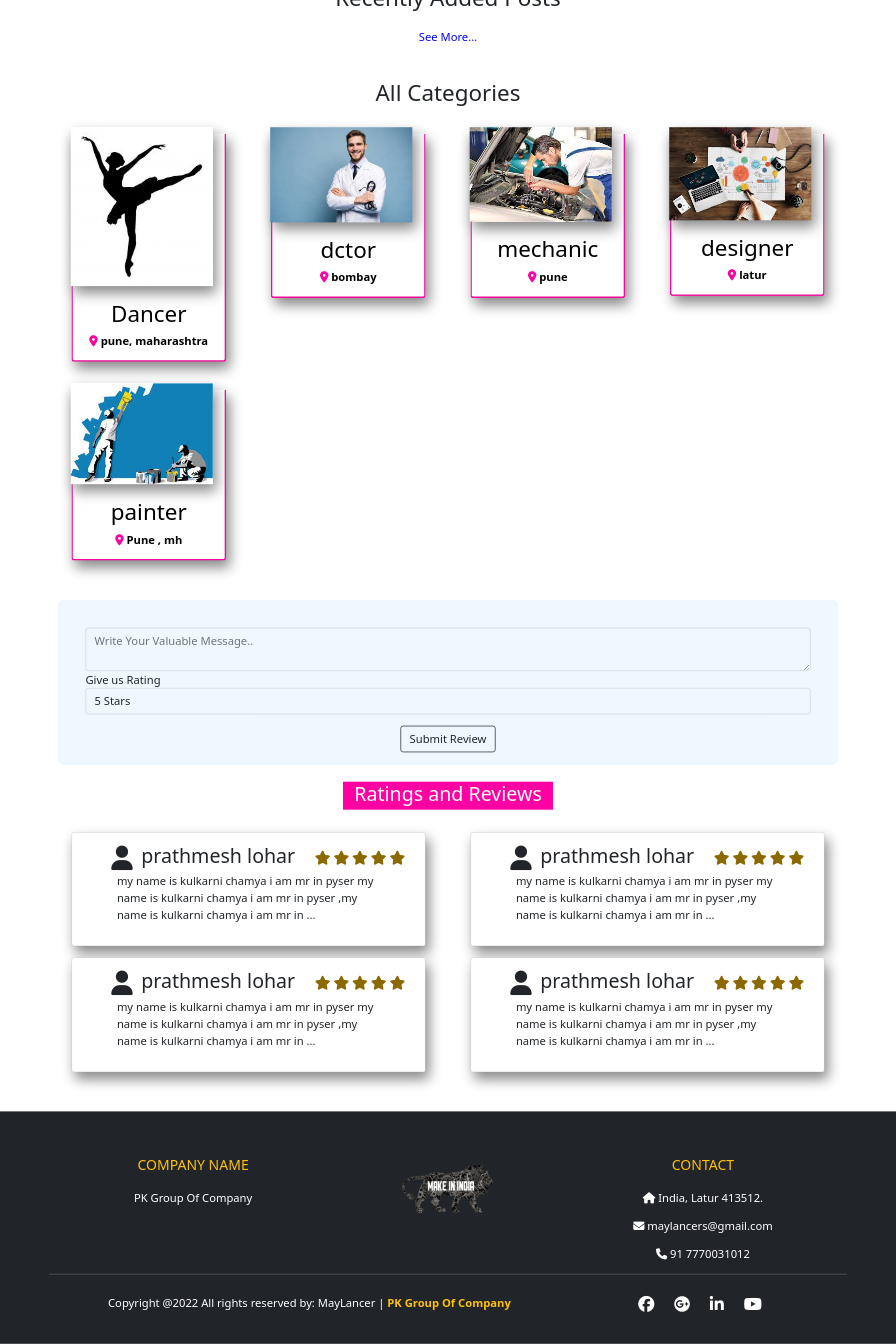
Repository: prathmesh2023/maylancers
Page: http://localhost/
The author's editor kept a copy of each file at every save. The page is drawn from the files as they stood at one save, then again after the next save.
The browser window is 1280 px wide. The pictures show the part of the page from y = 884 to 2804 px (the page is 2804 px tall before and 2624 px after), at 70% of full size.
Some web fonts or font styles are not loaded; a fallback is used. Some web libraries are served in a nearby version. The page is served by the project's application, run on Django 3.2 (manage.py). Other server files are loaded and not shown. The page reads the database file committed with the project. Queries for data that is not in the repository find no rows.

Above is the page before, as saved 2022-02-16 15:20:51.

### templates/home.html
 {% extends "base.html" %} {% block title %} MayLancers {% endblock title %} {% load static %} {% block main %}
<div class="bgc" style=" background-image: url(' {% static 'img/2.gif' %} ');">

    <div class="searchbox container py-5">

        <h2 class="py-4 text-white text-center h1 jone">Find Work Or Workers For Every Field:</h2>

        <form action="/search" method="post" class="form">
            {% csrf_token %}
            <div class="input-group">

                <input required name="text" type="text" class="form-control" aria-label="Text input with dropdown button" placeholder="">
                <div class="input-group-append">
                    <button class="btn primary-bg bt text-white " type="submit"><span class="fa fa-search"> </span> Search</button>

                </div>
            </div>
        </form>


        <div class="container text-center text-white my-4 rounded-0 pj">
            {% comment %} <a href="post_job"><button class="btn primary-bg btn-lg"><span class="fa fa-edit" style=> </span> Post Job</button></a> {% endcomment %}



        </div>


    </div>


</div>
</div>



<!-- cards -->
<!-- <div class="container card_main ">
    <div class="row ">
        <div class="col-md-3 justify-content-center">

            <div class="card  m-0 p-0" style="border: solid 2px #f5069d ; border-top-right-radius: 0px; border-top-left-radius: 0px; border-top: none ;">
                <div class="card-body ">
                    <img src="{% static 'img/card/Painter.jpg' %} " class="img border-0 p-0">
                    <h2 style="margin-top:20px;">
                        Painter
                    </h2>
                    <p class="card-text"><b>Find Painters nearby you</b></p>
                    <a href="#" class="btn sub">  Find </a>
                </div>
            </div>

        </div>


        <div class="col-md-3">

            <div class="card  m-0 p-0" style="border: solid 2px #f5069d ; border-top-right-radius: 0px; border-top-left-radius: 0px; border-top: none ;">
                <div class="card-body ">
                    <img src="{% static 'img/card/mechanic.jpg' %} " class="img border-0 p-0">
                    <h2 style="margin-top:20px;">
                        Mechanic
                    </h2>
                    <p class="card-text"><b>Find Mechanics nearby you</b></p>
                    <a href="#" class="btn sub"> Find </a>
                </div>
            </div>

        </div>



        <div class="col-md-3">

            <div class="card  m-0 p-0" style="border: solid 2px #f5069d ; border-top-right-radius: 0px; border-top-left-radius: 0px; border-top: none ;">
                <div class="card-body ">
                    <img src="{% static 'img/card/designer1.jpg' %} " class="img border-0 p-0">
                    <h2 style="margin-top:20px;">
                        Designer
                    </h2>
                    <p class="card-text"><b>Find Designer nearby you</b></p>
                    <a href="#" class="btn sub"> Find </a>
                </div>
            </div>

        </div>


        <div class="col-md-3">

            <div class="card  m-0 p-0" style="border: solid 2px #f5069d ; border-top-right-radius: 0px; border-top-left-radius: 0px; border-top: none ;">
                <div class="card-body ">
                    <img src="{% static 'img/card/doctor.jpg' %}" class="img border-0 p-0">
                    <h2 style="margin-top:20px;">
                        Doctor
                    </h2>
                    <p class="card-text"><b>Find Doctors nearby you</b></p>
                    <a href="#" class="btn sub"> Find </a>
                </div>
            </div>

        </div>
    </div>
</div> -->

<div class="container-fluid card-main "style=" background: white;">
 <div class="row">


    <div class="col-md-3 text-center  boxed text-white" style="background-color: #ff3001c7; ">
       <a href="/jobs"> <h4 class="h4 my-2"> Hire Freelancer <span class="mx-3 fa fa-arrow-right fa-sm"> </span></h4></a>

    </div>

    <div class="col-md-3 text-center  boxed " style="background-color: white;">
        <a href="/profile"> <h4 class="h4 my-2" style="color: blue;"> Work as Freelancer <span class="mx-3 fa fa-arrow-right fa-sm"> </span></h4></a>

    </div>

    <div class="col-md-3 text-center  boxed text-white" style="background-color: green; ">
        <a href="/post_job"> <h4 class="h4 my-2"> Post a Job <span class="mx-3 fa fa-arrow-right fa-sm"> </span></h4>
</a>
    </div>

    <div class="col-md-3 text-center  boxed text-white" style="background-color: #41464b; ">
        <a href="categories"><h4 class="h4 my-2"> All Categories <span class="mx-3 fa fa-arrow-right fa-sm"> </span></h4>
</a>
    </div>

 </div>

</div>

<style >
    .boxed{
        height: 55px;
        font-family: 'Jockey One';
        padding: 3px;
    }
    a{
        text-decoration: none;
        color: white;
    }
</style>

<!--
<div class="container card_main ">

    <div class="row">
        {% for h in cat %} {% if forloop.counter0|divisibleby:4 %}
    </div><br>
    <div class="row">
        {% endif %}
        <div class="col-md-3 text-center my-2">
            <a href="/category/{{h.title}}" style="text-decoration: none; color:black">
                <div class="card  " style="border: solid 2px #f5069d ; border-top-right-radius: 0px; border-top-left-radius: 0px; border-top: none ;">
                    <div class="card-body ">
                        <img src="{{h.thumbnail.url}} " class="img border-0 p-0">
                        <h2 style="margin-top:20px;">
                            {{h.title}}
                        </h2>
                        <p class="card-text"><b><span class="fa fa-map-marker" style="color:#f5069d"> </span>  {{h.location}}</b></p>

                    </div>
                </div>
            </a>
        </div>
        {% endfor %}
    </div>
</div> -->

<br>

<div class="container text-center">
    <h2 style=" font-family:Concert One';"> How does freelancing work?</h2>
</div>

<div class="container text-center" style="box-shadow: 5px 5px 8px 5px #888888; padding: 25px; font-size: smaller;">
    <p class="list-inline">
        Freelancers accept payment in return for providing some sort of service. That agreement is generally part-time or short term.
        <br>

       For example, if I hired a photographer to take new headshots for me, I could pay a freelancer for that session and that would be the end of it.
       <br>
     Sometimes people pay freelancers to work a set number of hours per week or per month. That arrangement is often referred to as a “retainer.”
     <br>

    A retainer refers to when you retain the services or right to someone’s time. A lot of legal professionals work on retainer. Every month, they bill
    <br>
        a set amount of time to the client, regardless of whether that full time is used or not.
        A retainer refers to when you retain the services or right to someone’s time. A lot of legal professionals work on retainer. Every month, they bill a set amount of time to the client, regardless of

</p>
</div>

<div class="container text-center my-4">
    <h2 style=" font-family:Concert One';"> Recently Added Posts</h2>
</div>


<div class="container rpost">

    <div class="container">
        <div class="col-4">

        </div>
        <div class="col-4">

        </div>

    </div>


    <div class="container my-4  ">

        {% for i in post %}
        <div class="row my-3" style="box-shadow: 5px 5px 8px 5px #888888; padding: 25px;">
            <div class="col imgcol">
                <img src="{{i.thumb.url}}" class="rounded float-left " alt="...">

            </div>
            <div class="col-6">
                <h2>{{i.title}}</h2>
                <p>{{i.desc}}</p>

                <p><span class="fa fa-user"> </span> {{i.user}}</p>
                <button class="btn btn-secondary btn-sm">{{i.cat}}</button>
            </div>
            <div class="col">
                <b><p><span class="fa fa-map-marker"> </span> {{i.loc}}</p></b>

                <b>Amount:</b>
                <br>

                <b>From : Rs. {{i.afrom}} /-</b>
                <br>
                <b>To : Rs. {{i.ato}} /-</b> {% if i.done is True %}

               <button class="btn btn-danger rounded-0 w-100 my-3"> Closed</button>
                {% else %}
                <a href="apply/{{i.title}}/{{i.id}}"> <button class="btn primary-bg text-white rounded-0 w-100 my-3"> Apply</button></a>
                {% endif %}


            </div>
        </div>
        {% endfor %}

    </div>

</div>


<div class="container  mpost ">

{% for i in post %}
<div class="row my-3" style="box-shadow: 5px 5px 8px 5px #888888; padding: 25px;">

    <div class="card-body">

         <img src="{{i.thumb.url}}" class="rounded " alt="thumbnail" style="width: 100%; height: 170px;">
         <h2>{{i.title}}</h2>
         <p>{{i.desc}}</p>
        <div class="row">
            <div class="col">
                         <p><span class="fa fa-user"> </span> {{i.user}}</p>

         <p><span class="fa fa-map-marker"> </span> {{i.loc}}</p>
          <button class="btn btn-secondary btn-sm p-0 p-0" style="margin-top: -8px;">{{i.cat}}</button>



            </div>
            <div class="col">
                                <b>Amount:</b>
                <br>

                <p>From : Rs. {{i.afrom}} /-</p>

                <p>To : Rs. {{i.ato}} /-</p>

            </div>
        </div>


    </div>

    <div class="card-footer">
     {% if i.done is True %}

               <button class="btn btn-danger  rounded-0  w-100 my-3"> Closed</button>
                {% else %}
                <a href="apply/{{i.title}}/{{i.id}}"> <button class="btn primary-bg text-white rounded-0 w-100 my-3"> Apply</button></a>
                {% endif %}
    </div>

</div>

{% endfor %}

</div>

<p class="text-center"><a href="/jobs" style="color: blue;"> See More... </a></p>

<br>


<div class="container text-center my-2">
    <h2 style=" font-family:Concert One';"> All Categories</h2>
</div>


<!-- cards -->

<div class="container card_main " style="margin-top:0px">

    <div class="row">
        {% for h in cat %} {% if forloop.counter0|divisibleby:4 %}
    </div><br>
    <div class="row">
        {% endif %}
        <div class="col-md-3 text-center my-2">
            <a href="/category/{{h.title}}" style="text-decoration: none; color:black">
                <div class="card  " style="border: solid 2px #f5069d ; border-top-right-radius: 0px; border-top-left-radius: 0px; border-top: none ;">
                    <div class="card-body ">
                        <img src="{{h.thumbnail.url}} " class="img border-0 p-0">
                        <h2 style="margin-top:20px;">
                            {{h.title}}
                        </h2>
                        <p class="card-text"><b><span class="fa fa-map-marker" style="color:#f5069d"> </span> {{h.location}}</b></p>

                    </div>
                </div>
            </a>
        </div>
        {% endfor %}
    </div>
</div>

<br>


<div class="container my-4">

    <form class="form-group fmr" method="post" action="/post_rate">
        <textarea required class="form-control" placeholder="Write Your Valuable Message.." name="msg"></textarea>
        <input type="hidden" class="form-control" placeholder="" name="user" value="{{user}}">
{% csrf_token %}

        <label class="col-md-2 control-label" for="rating">Give us Rating</label>

        <select required class="form-control" name="rating" id="rating">
            <option value="5">5 Stars</option>
            <option value="4">4 Stars</option>
            <option value="3">3 Stars</option>
            <option value="2">2 Stars</option>
            <option value="1">1 Stars</option>

        </select>

        <center>
            <button type="submit" class="btn btn-outline-dark my-3 btr">Submit Review</button>
        </center>
    </form>

</div>


<div class="container text-center my-4 cmt">

    <h3 style="">Ratings and Reviews</h3>


</div>

<style>

</style>

<div class="container cmtd">
    <div class="row">
        <div class="col-md-6 my-2">
            <div class="card">
                <div class="card-body">
                    <div class="row">
                        <div class="col-2 ">
                            <span class="fa fa-user user-profile"></span>
                        </div>
                        <div class="col-6">
                            <h3>prathmesh lohar</h3>
                        </div>
                        <div class="col-4">
                            <span class="fa fa-star"></span>
                            <span class="fa fa-star"></span>
                            <span class="fa fa-star"></span>
                            <span class="fa fa-star"></span>
                            <span class="fa fa-star"></span>
                        </div>

                    </div>


                    <p class="p mx-5 justify-content">my name is kulkarni chamya i am mr in pyser my name is kulkarni chamya i am mr in pyser ,my name is kulkarni chamya i am mr in ... </p>

                </div>
            </div>
        </div>



        <div class="col-md-6 my-2">
            <div class="card">
                <div class="card-body">
                    <div class="row">
                        <div class="col-2 ">
                            <span class="fa fa-user user-profile"></span>
                        </div>
                        <div class="col-6">
                            <h3>prathmesh lohar</h3>
                        </div>
                        <div class="col-4">
                            <span class="fa fa-star"></span>
                            <span class="fa fa-star"></span>
                            <span class="fa fa-star"></span>
                            <span class="fa fa-star"></span>
                            <span class="fa fa-star"></span>
                        </div>

                    </div>


                    <p class="p mx-5 justify-content">my name is kulkarni chamya i am mr in pyser my name is kulkarni chamya i am mr in pyser ,my name is kulkarni chamya i am mr in ... </p>

                </div>
            </div>
        </div>



        <div class="col-md-6 my-2">
            <div class="card">
                <div class="card-body">
                    <div class="row">
                        <div class="col-2 ">
                            <span class="fa fa-user user-profile"></span>
                        </div>
                        <div class="col-6">
                            <h3>prathmesh lohar</h3>
                        </div>
                        <div class="col-4">
                            <span class="fa fa-star"></span>
                            <span class="fa fa-star"></span>
                            <span class="fa fa-star"></span>
                            <span class="fa fa-star"></span>
                            <span class="fa fa-star"></span>
                        </div>

                    </div>


                    <p class="p mx-5 justify-content">my name is kulkarni chamya i am mr in pyser my name is kulkarni chamya i am mr in pyser ,my name is kulkarni chamya i am mr in ... </p>

                </div>
            </div>
        </div>



        <div class="col-md-6 my-2">
            <div class="card">
                <div class="card-body">
                    <div class="row">
                        <div class="col-2 ">
                            <span class="fa fa-user user-profile"></span>
                        </div>
                        <div class="col-6">
                            <h3>prathmesh lohar</h3>
                        </div>
                        <div class="col-4">
                            <span class="fa fa-star"></span>
                            <span class="fa fa-star"></span>
                            <span class="fa fa-star"></span>
                            <span class="fa fa-star"></span>
                            <span class="fa fa-star"></span>
                        </div>

                    </div>


                    <p class="p mx-5 justify-content">my name is kulkarni chamya i am mr in pyser my name is kulkarni chamya i am mr in pyser ,my name is kulkarni chamya i am mr in ... </p>

                </div>
            </div>
        </div>



    </div>
</div>

<center>
    <a href="#" style="text-decoration: none;"> See More Reviews...</a>
</center>



<div class="container cmtm">



    <div class="row">
        <div class="col-md-6 my-2">
            <div class="card">
                <div class="card-body">

                    <div class="user ">

                        <span class="fa fa-user uml"></span>


                        <span class="h3 mx-3">prathmesh lohar</span>

                    </div>

                    <div class="star mx-5"> <span class="fa fa-star"></span>
                        <span class="fa fa-star"></span>
                        <span class="fa fa-star"></span>
                        <span class="fa fa-star"></span>
                        <span class="fa fa-star"></span>
                    </div>





                    <p class="p mx-5 justify-content">my name is kulkarni chamya i am mr in pyser my name is kulkarni chamya i am mr in pyser ,my name is kulkarni chamya i am mr in ... </p>

                </div>
            </div>
        </div>
</div>
</div>


<style>
    .user-profile {
        font-size: 35px;
        margin-left: 40px;
        margin-top: 3px;
    }

    .uml {
        font: size 10px;
    }

    .cmt {
        color: rgb(255, 255, 255);
        background-color: rgb(255, 0, 162);
        height: 40px;
        width: 300px;
    }

    .fa-star {
        font-size: 20px;
        margin-top: 10px;
        color: #8c6801;
    }

   .btr:hover {
        background-color: #0079ebcb;
    }

    .fmr {
        background-color: aliceblue;
        padding: 40px 40px 2px 40px;
        border-radius: 10px;
    }

   .form-control {
        background-color: aliceblue;
    }

    .cmtd {
        display: block;
    }

    .cmtm {
        display: none;
    }

    @media screen and (max-width: 600px) {
        .fa-user {
            font-size: 20px;
            margin-left: 50px;
            margin-top: 0px;
        }
        .cmtd {
            display: none;
        }
        .cmtm {
            display: block;
        }
    }
</style>

<br/>


<style>

    .card_main {
    margin-top: 40px;
}

    .mpost{
        display: none;
    }

     @media  screen and (max-width: 900px) {
       .mpost{
        display: block;
    }
    .rpost{
        display: none;
    }
    }
    .rpost img {
        max-width: 90%;
    }

    @media  screen and (max-width: 900px) {
        .imgcol {
            display: none;
        }
    }
</style>




{% endblock main %}

### db.sqlite3 (the tables this page reads, as SQL)
CREATE TABLE "app1_category" ("id" integer NOT NULL PRIMARY KEY AUTOINCREMENT, "title" varchar(200) NOT NULL, "location" varchar(200) NOT NULL, "desc" text NOT NULL, "thumbnail" varchar(100) NULL);
INSERT INTO "app1_category" VALUES
(1, 'painter', 'Pune , mh', 'painter', 'app1/img/category/painter_LAaJ8Te.jpg'),
(2, 'designer', 'latur', 'designer', 'app1/img/category/designer1.jpg'),
(3, 'mechanic', 'pune', 'mechanic', 'app1/img/category/mechanic.jpg'),
(4, 'dctor', 'bombay', 'dector', 'app1/img/category/doctor.jpg'),
(6, 'Dancer', 'pune, maharashtra', 'I want a Bar dancer', 'app1/img/category/download.jpg');

Loaded but not shown: static/bootstrap-5/css/bootstrap.min.css (library); templates/base.html (422 lines, source omitted); app1/views.py (246 lines, source omitted); static/css/main.css (181 lines, source omitted); app1/models.py (61 lines, source omitted); app1/urls.py (26 lines, source omitted); maylancer/urls.py (22 lines, source omitted)

After the next save:
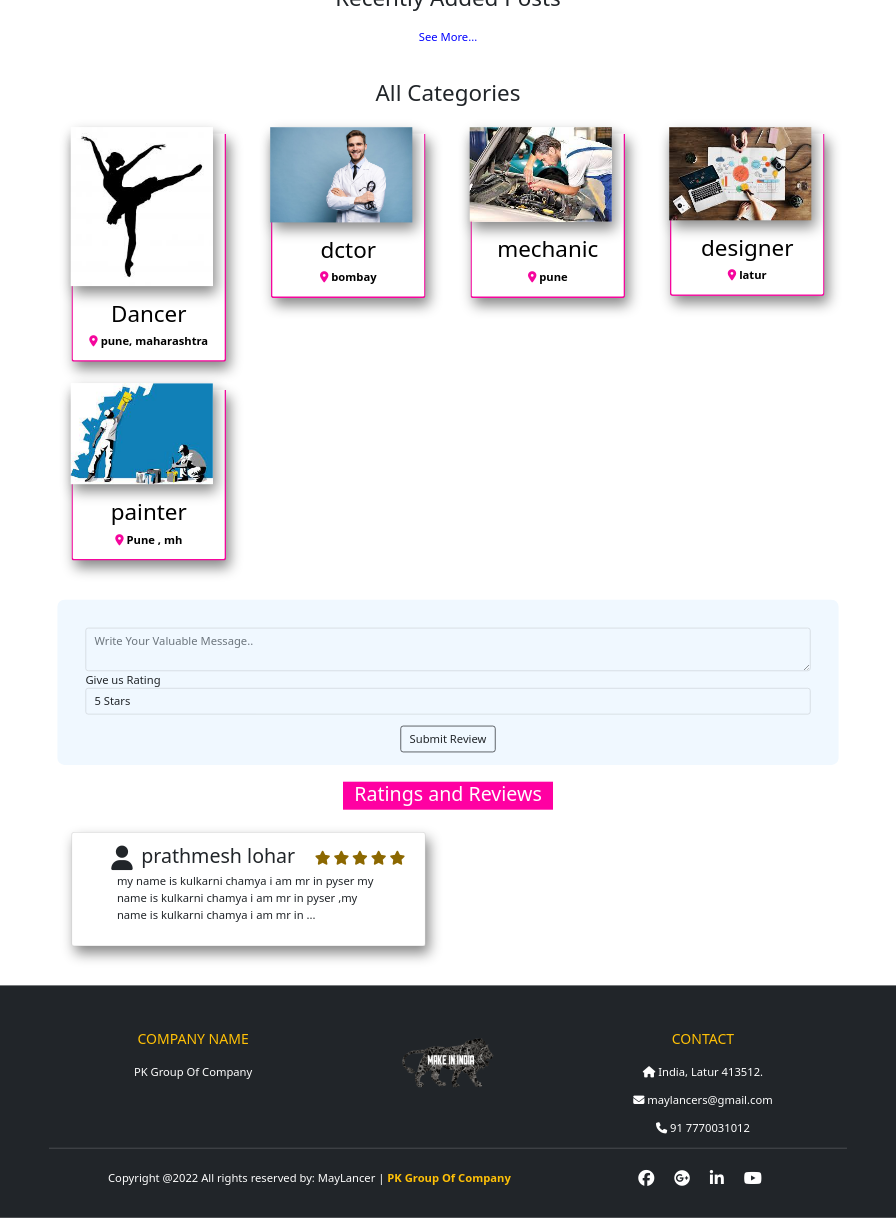
Saved 3 min 2 s later.
--- a/templates/home.html
+++ b/templates/home.html
@@ -408,90 +408,10 @@
 
 
 
-        <div class="col-md-6 my-2">
-            <div class="card">
-                <div class="card-body">
-                    <div class="row">
-                        <div class="col-2 ">
-                            <span class="fa fa-user user-profile"></span>
-                        </div>
-                        <div class="col-6">
-                            <h3>prathmesh lohar</h3>
-                        </div>
-                        <div class="col-4">
-                            <span class="fa fa-star"></span>
-                            <span class="fa fa-star"></span>
-                            <span class="fa fa-star"></span>
-                            <span class="fa fa-star"></span>
-                            <span class="fa fa-star"></span>
-                        </div>
-
-                    </div>
-
-
-                    <p class="p mx-5 justify-content">my name is kulkarni chamya i am mr in pyser my name is kulkarni chamya i am mr in pyser ,my name is kulkarni chamya i am mr in ... </p>
-
-                </div>
-            </div>
-        </div>
-
-
-
-        <div class="col-md-6 my-2">
-            <div class="card">
-                <div class="card-body">
-                    <div class="row">
-                        <div class="col-2 ">
-                            <span class="fa fa-user user-profile"></span>
-                        </div>
-                        <div class="col-6">
-                            <h3>prathmesh lohar</h3>
-                        </div>
-                        <div class="col-4">
-                            <span class="fa fa-star"></span>
-                            <span class="fa fa-star"></span>
-                            <span class="fa fa-star"></span>
-                            <span class="fa fa-star"></span>
-                            <span class="fa fa-star"></span>
-                        </div>
-
-                    </div>
-
-
-                    <p class="p mx-5 justify-content">my name is kulkarni chamya i am mr in pyser my name is kulkarni chamya i am mr in pyser ,my name is kulkarni chamya i am mr in ... </p>
-
-                </div>
-            </div>
-        </div>
-
-
-
-        <div class="col-md-6 my-2">
-            <div class="card">
-                <div class="card-body">
-                    <div class="row">
-                        <div class="col-2 ">
-                            <span class="fa fa-user user-profile"></span>
-                        </div>
-                        <div class="col-6">
-                            <h3>prathmesh lohar</h3>
-                        </div>
-                        <div class="col-4">
-                            <span class="fa fa-star"></span>
-                            <span class="fa fa-star"></span>
-                            <span class="fa fa-star"></span>
-                            <span class="fa fa-star"></span>
-                            <span class="fa fa-star"></span>
-                        </div>
-
-                    </div>
-
-
-                    <p class="p mx-5 justify-content">my name is kulkarni chamya i am mr in pyser my name is kulkarni chamya i am mr in pyser ,my name is kulkarni chamya i am mr in ... </p>
-
-                </div>
-            </div>
-        </div>
+
+
+
+
 
 
 
